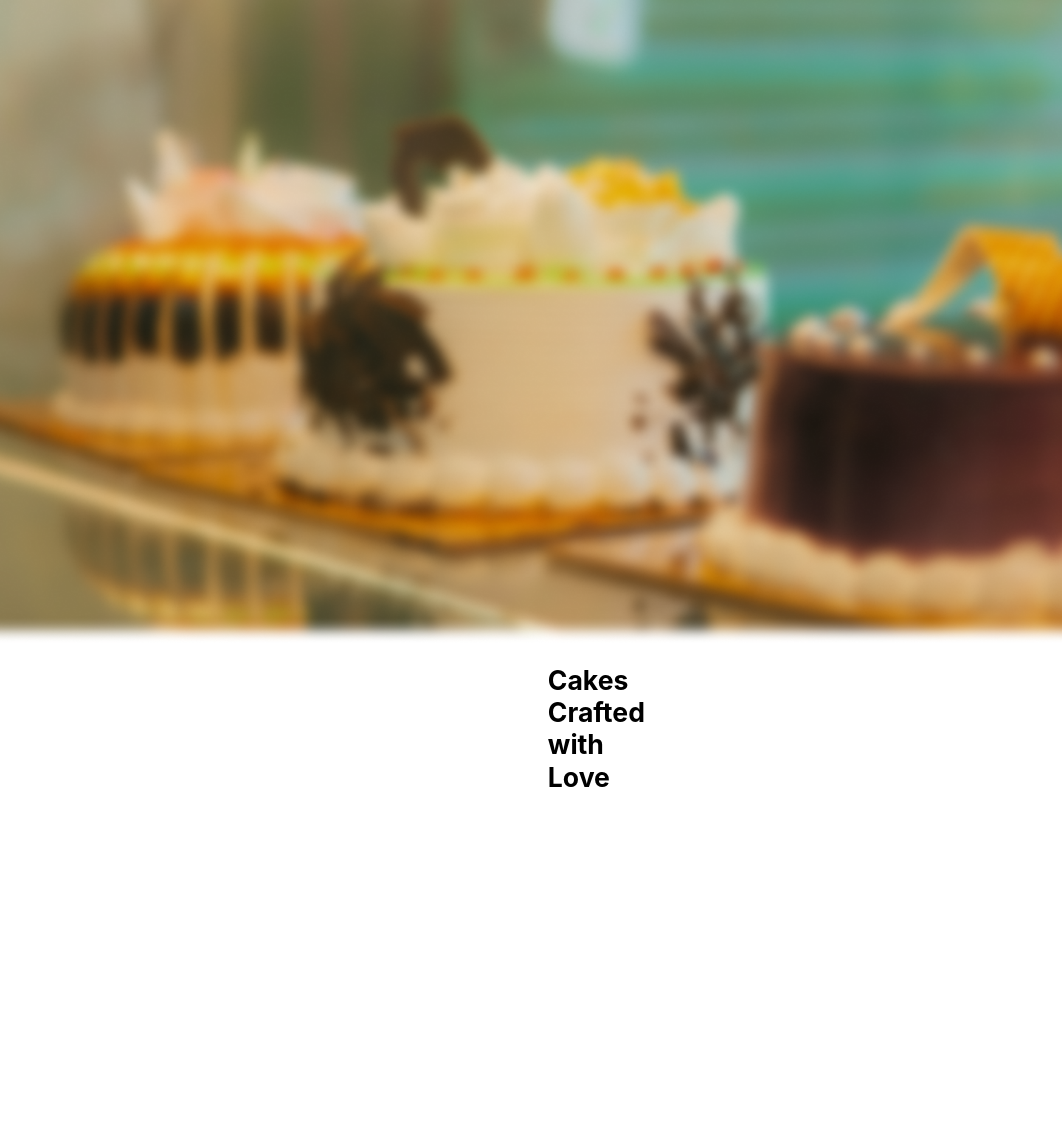
Repository: MEROO1010/cake-box-website
Page: / (app in Cake_box/cake_website/cake_frontend/)
The author's editor kept a copy of each file at every save. The page is drawn from the files as they stood at one save, then again after the next save.
The browser window is 1280 px wide. The pictures show the whole page, at 83% of full size.
The project was rebuilt for these pictures with package versions that can differ from the ones it lists, and the page was loaded fresh each time.

Above is the page before, as saved 2024-10-22 11:53:43.

After the next save:
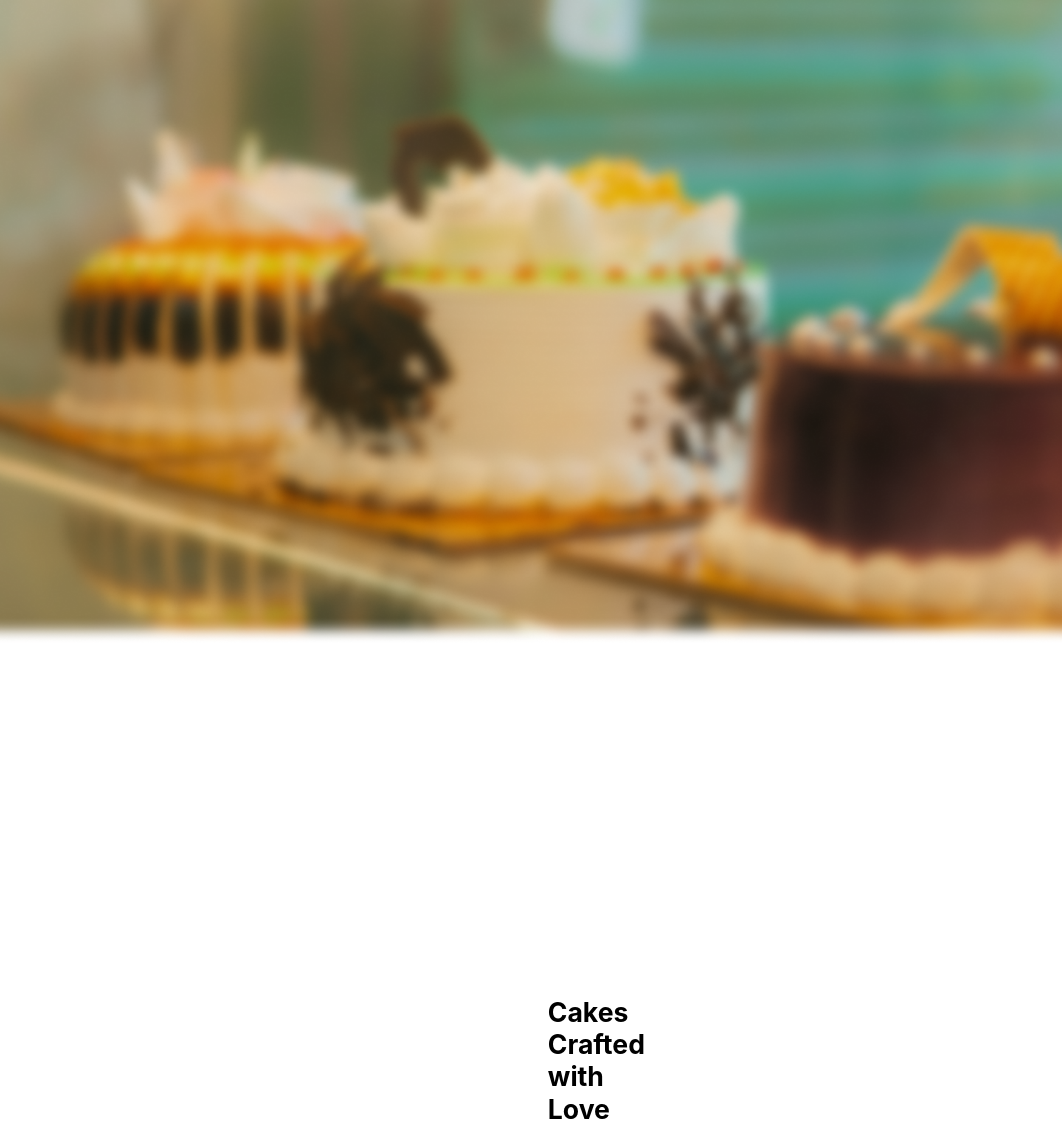
Saved 6 s later.
--- a/Cake_box/cake_website/cake_frontend/src/components/HomePage/Homepage.jsx
+++ b/Cake_box/cake_website/cake_frontend/src/components/HomePage/Homepage.jsx
@@ -26,7 +26,7 @@
     color:black;
     margin-left:660px;
     margin-top:20px;
-    padding-bottom:400px;
+    padding-top:400px;
    }
 
   `

After the 3 saves that followed:
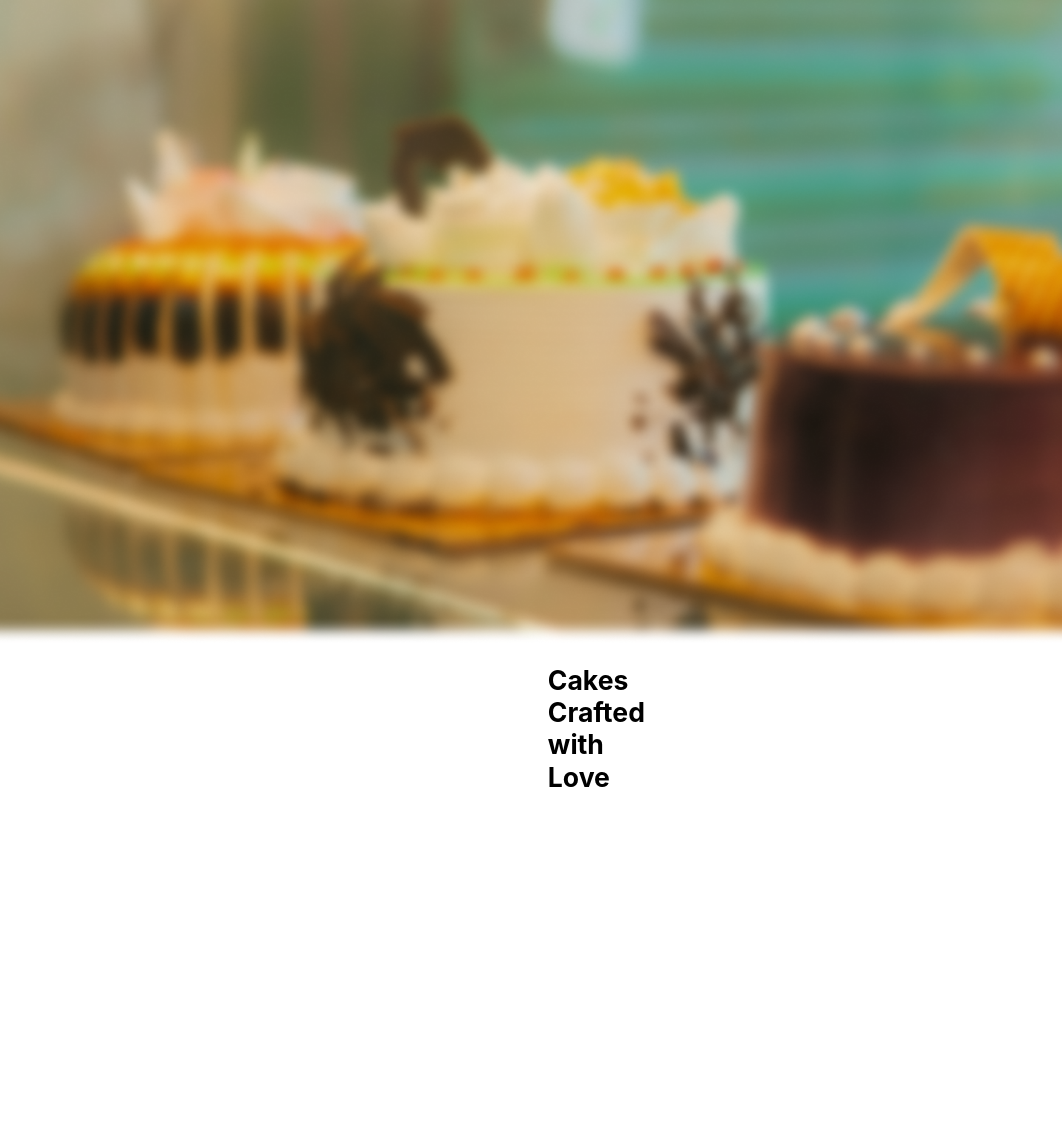
The 3 saves are shown as one change because 2 left the picture as it was.
The last was saved 32 s later.
--- a/Cake_box/cake_website/cake_frontend/src/components/HomePage/Homepage.jsx
+++ b/Cake_box/cake_website/cake_frontend/src/components/HomePage/Homepage.jsx
@@ -26,7 +26,7 @@
     color:black;
     margin-left:660px;
     margin-top:20px;
-    padding-top:400px;
+    padding-bottom:400px;
    }
 
   `
